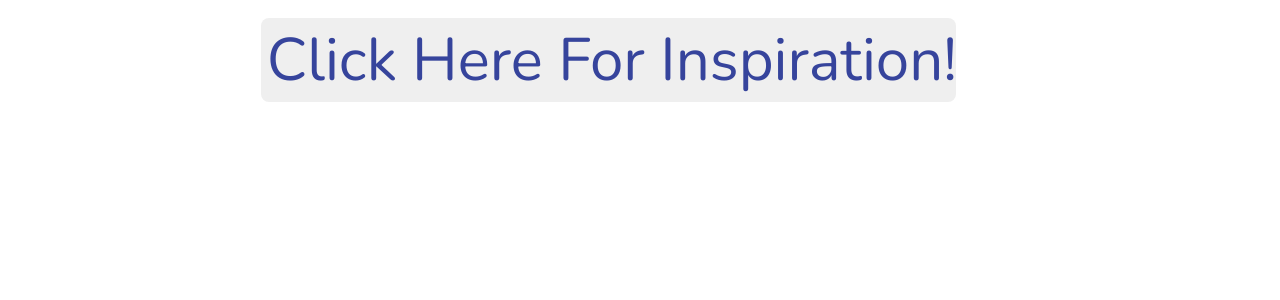
Repository: Hogwartsalumni/Inspire
Page: main.html
The author's editor kept a record of every edit. The page is drawn from the files as they stood at one moment, then again after the next edit.
The browser window is 1280 px wide. The pictures show the whole page.

Above is the page before.

### main.html
<!DOCTYPE html>
<html>
  <head>
    <meta charset="UTF-8">
    <link rel="icon" href="rainbow.png" type="image/x-icon"></a>
    <link rel="stylesheet" href="main.css" type="text/css">
    <link href="https://fonts.googleapis.com/css2?family=Nunito&family=Quicksand&display=swap" rel="stylesheet">
    <title>Inspire</title>
  </head>
  <body>
    <!-- <button onClick="displayImage()">Click Here For Inspiration!!</button> -->
    <input type="button" onClick="displayImage()" value="Click Here For Inspiration!">
    <br>
    <img src="img/blank.png" name="canvas"/>
    <script src="main.js"></script>
  </body>
</html>

### main.css
input {
    color: #36449C;
    text-align: center;
    font-family: Nunito;
    font-size: 60px;
    border: none;
    width: 55%;
    text-decoration: none;
    display: inline-block;
    margin: 10px 20%;
    cursor: pointer;
    border-radius: 8px;
}

img {
  width: 450px;
  height: 450px;
}

### main.js
var imagesArray = new Array('img/you-rock.jpg', 'img/you-amazing.png', 'img/stay-home-strong.jpg', 'img/in-this-together.png');

function displayImage() {
    var num = Math.floor(Math.random() * imagesArray.length);
    document.canvas.src = imagesArray[num];
}

After the next edit:
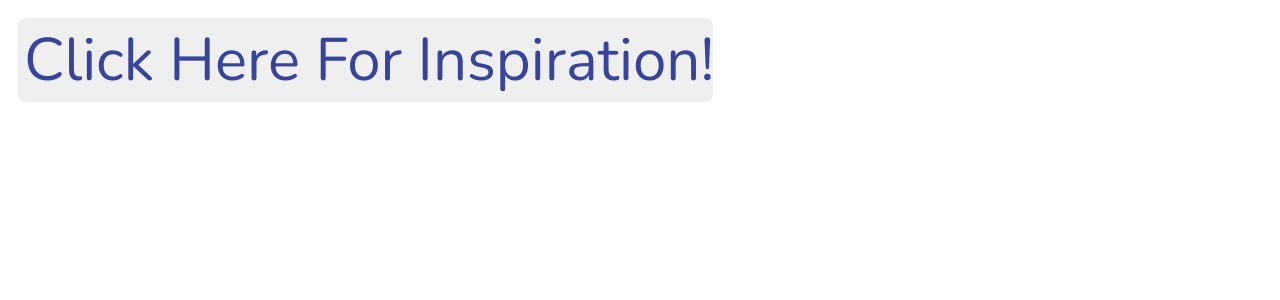
The edit:
--- a/main.css
+++ b/main.css
@@ -7,7 +7,7 @@
     width: 55%;
     text-decoration: none;
     display: inline-block;
-    margin: 10px 20%;
+    margin: 10px 10px;
     cursor: pointer;
     border-radius: 8px;
 }
